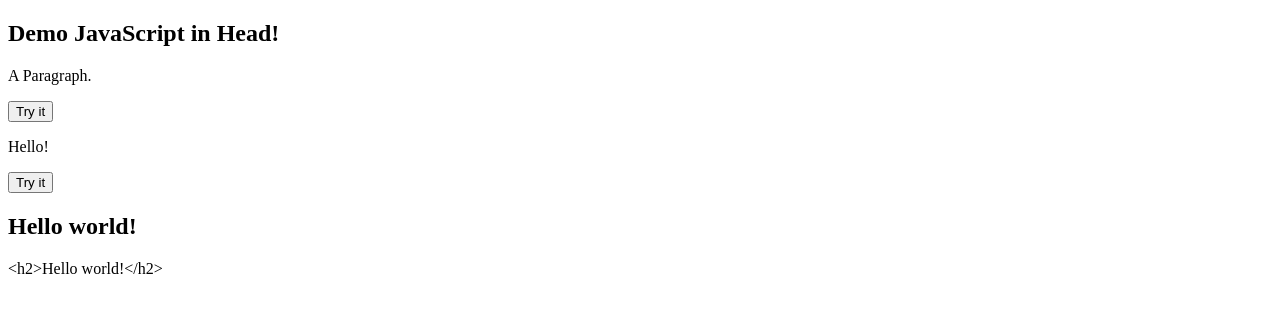
Repository: gautamsonam011/JS-Course
Page: paragraphchanged.html
An editor plug-in stored every save of this project. The page is shown before and after the next save, followed by the edit.
The browser window is 1280 px wide. The pictures show the whole page.

Above is the page before, as saved 2025-05-09 14:03:16.
Console error: TypeError: Cannot set properties of null (setting 'innerHTML')

After the next save:
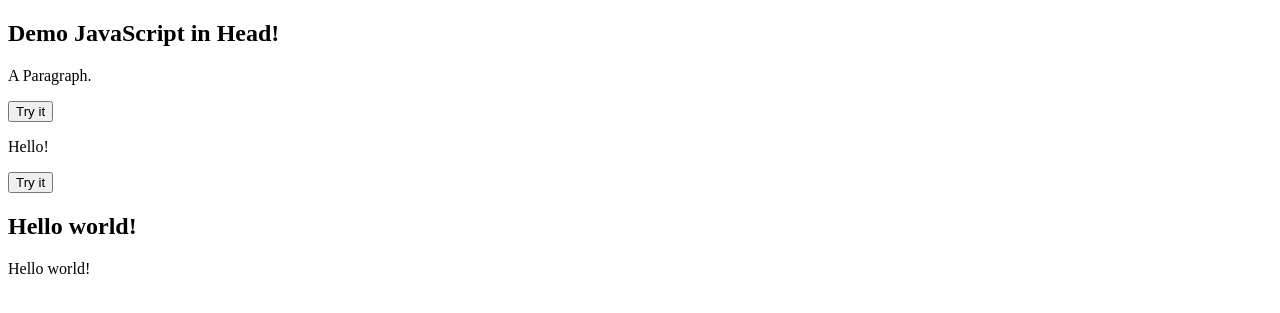
Saved 31 s later.
--- a/paragraphchanged.html
+++ b/paragraphchanged.html
@@ -30,7 +30,7 @@
     <p id="tag1"></p>
     <script>
         document.getElementById("tag").innerHTML = "<h2>Hello world!</h2>"
-        document.getElementById("tag1").innerText = "<h2>Hello world!</h2>"
+        document.getElementById("tag1").innerText = "Hello world!"
     </script>
 </body>
 </html>
